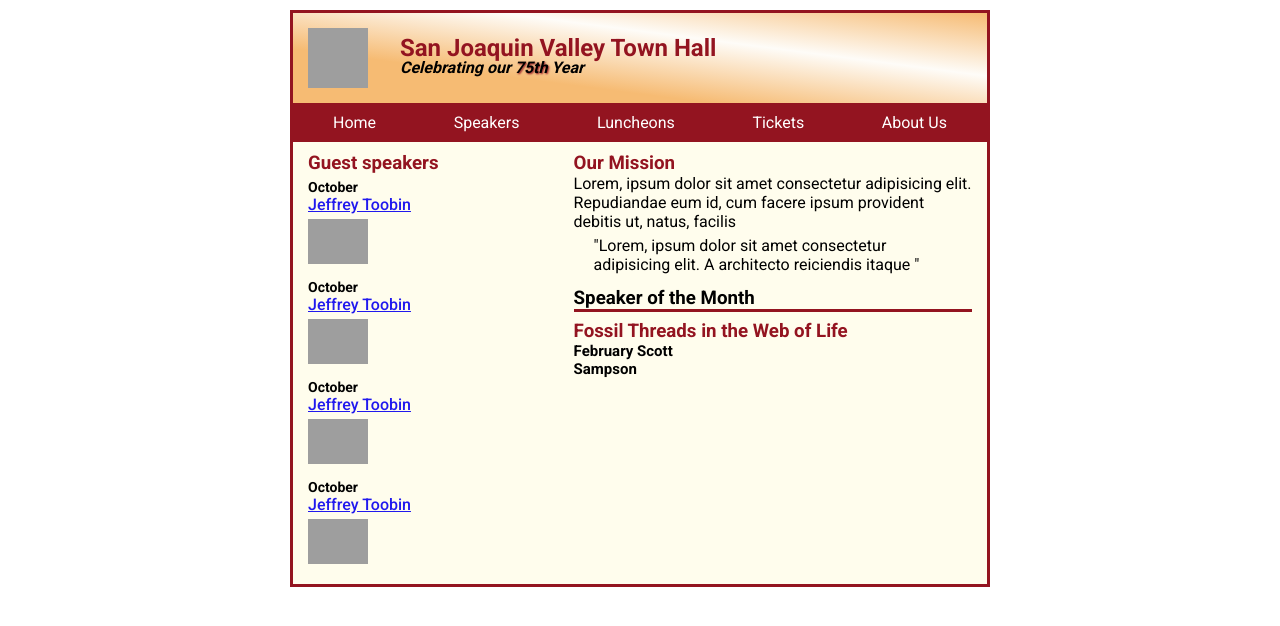
Repository: Mannj-nef/ex-5-6-7-8_IvVettech
Page: index.html
These files come from the project's save history. The page is drawn as it stood at one moment and after the next save; the edit follows.
The browser window is 1280 px wide. The pictures show the whole page.
Pictures or frames that could not be fetched are drawn as grey boxes.

Above is the page before, as saved 2022-03-24 22:34:43.

### index.html
<!DOCTYPE html>
<html lang="en">
  <head>
    <meta charset="UTF-8" />
    <meta http-equiv="X-UA-Compatible" content="IE=edge" />
    <meta name="viewport" content="width=device-width, initial-scale=1.0" />
    <link rel="stylesheet" href="./Asset/style.css" />
    <link rel="preconnect" href="https://fonts.googleapis.com" />
    <link rel="preconnect" href="https://fonts.gstatic.com" crossorigin />
    <link
      href="https://fonts.googleapis.com/css2?family=Roboto:wght@300;400;500;700&display=swap"
      rel="stylesheet"
    />
    <title>Exercise5-6</title>
    <link
      rel="shortcut icon"
      href="https://iviettech.vn/wp-content/themes/viettech/img/front/favicon.ico"
      type="image/x-icon"
    />
  </head>
  <body>
    <div id="app">
      <header id="header">
        <div class="header-top">
          <div class="header-image__wrapper">
            <img
              src="https://source.unsplash.com/random"
              alt=""
              class="header-image"
            />
          </div>
          <div class="header-main">
            <h2 class="header-main__title">San Joaquin Valley Town Hall</h2>
            <p class="header-main__decs">
              Celebrating our
              <span class="header-main__decs-b"
                >75 <span class="header-main__decs-c">th</span>
              </span>
              Year
            </p>
          </div>
        </div>
        <div class="header-nav">
          <ul class="header-nav__list">
            <li class="header-nav__item">
              <a href="" class="header-nav__link">Home</a>
            </li>
            <li class="header-nav__item">
              <a href="" class="header-nav__link">Speakers</a>
            </li>
            <li class="header-nav__item">
              <a href="" class="header-nav__link">Luncheons</a>
            </li>
            <li class="header-nav__item">
              <a href="" class="header-nav__link">Tickets</a>
            </li>
            <li class="header-nav__item">
              <a href="" class="header-nav__link">About Us</a>
            </li>
          </ul>
        </div>
      </header>
      <section id="content">
        <div class="content-left">
          <h3 class="content-title">Guest speakers</h3>

          <div class="content-left__member">
            <p class="content__member-month">October</p>
            <a href="" class="content-left__member-link">Jeffrey Toobin</a>
            <div class="content-left__member-avata-wrapper">
              <img
                src="https://source.unsplash.com/random"
                alt=""
                class="content-left__member-avata"
              />
            </div>
          </div>
          <div class="content-left__member">
            <p class="content__member-month">October</p>
            <a href="" class="content-left__member-link">Jeffrey Toobin</a>
            <div class="content-left__member-avata-wrapper">
              <img
                src="https://source.unsplash.com/random"
                alt=""
                class="content-left__member-avata"
              />
            </div>
          </div>
          <div class="content-left__member">
            <p class="content__member-month">October</p>
            <a href="" class="content-left__member-link">Jeffrey Toobin</a>
            <div class="content-left__member-avata-wrapper">
              <img
                src="https://source.unsplash.com/random"
                alt=""
                class="content-left__member-avata"
              />
            </div>
          </div>
          <div class="content-left__member">
            <p class="content__member-month">October</p>
            <a href="" class="content-left__member-link">Jeffrey Toobin</a>
            <div class="content-left__member-avata-wrapper">
              <img
                src="https://source.unsplash.com/random"
                alt=""
                class="content-left__member-avata"
              />
            </div>
          </div>
        </div>
        <div class="constent-right">
          <div class="constent-right__top">
            <h3 class="content-title">Our Mission</h3>
            <p class="constent-right__desc">
              Lorem, ipsum dolor sit amet consectetur adipisicing elit.
              Repudiandae eum id, cum facere ipsum provident debitis ut, natus,
              facilis
            </p>
            <p class="constent-right__desc-sub">
              "Lorem, ipsum dolor sit amet consectetur adipisicing elit. A
              architecto reiciendis itaque "
            </p>
            <h3 class="constent-right-title">Speaker of the Month</h3>
          </div>
          <div class="constent-right__center">
            <h3 class="content-title">Fossil Threads in the Web of Life</h3>
            <div class="constent-right__center-right">
              <h3 class="constent-right__center-right center-right_title">
                February Scott Sampson
              </h3>
            </div>
          </div>
        </div>
      </section>
    </div>
  </body>
</html>

### Asset/style.css
* {
  margin: 0;
  padding: 0;
  box-sizing: border-box;
}
html {
  font-family: "Roboto", sans-serif;
}
:root {
  --prymary-color: #931420;
  --white-color: #fff;
  --yellow-color: #ebc700;
  --blue-color: #2119ee;
  --size: 60px;
}

#app {
  margin: 10px auto;
  width: 700px;
  border: 3px solid var(--prymary-color);
}

#header {
}
.header-top {
  padding: 15px;
  display: flex;
  align-items: center;
  background-image: linear-gradient(
    to right top,
    #f6bb73 30%,
    #fefcf8,
    #f6bb73
  );
}
.header-image__wrapper {
  width: var(--size);
  height: var(--size);
  margin-right: 2em;
}
.header-image {
  width: 100%;
  height: 100%;
  object-fit: cover;
}
.header-main {
  line-height: 20px;
}
.header-main__title {
  color: var(--prymary-color);
}
.header-main__decs {
  color: #000;
  font-weight: 600;
  font-style: italic;
}
.header-main__decs-b {
  display: inline-flex;
  text-shadow: 1px 1px 2px var(--prymary-color);
}
.header-nav {
  background-color: var(--prymary-color);
}
.header-nav__list {
  list-style: none;
  display: flex;
  justify-content: space-between;
  padding: 0 20px;
}
.header-nav__item {
  padding: 10px 20px;
}
.header-nav__link {
  font-weight: 400;
  text-decoration: none;
  color: var(--white-color);
}
.header-nav__item:hover .header-nav__link {
  color: var(--yellow-color);
}

#content {
  background-color: #fffded;
  padding: 10px 15px;
  display: flex;
}

.content-left {
  width: 40%;
}
.content-title {
  color: var(--prymary-color);
}
.content-left__member {
}
.content__member-month {
  margin-top: 5px;
  font-size: 14px;
  font-weight: 600;
}
.content-left__member-link {
  font-weight: 500;
  color: var(--blue-color);
}
.content-left__member-avata-wrapper {
  width: var(--size);
  height: var(--size);
  display: flex;
  padding-top: 5px;
  padding-bottom: 10px;
}
.content-left__member-avata {
  width: 100%;
  height: 100%;
}
.constent-right {
  width: 60%;
}
.constent-right__desc-sub {
  padding: 5px 20px;
}
.constent-right-title {
  margin: 8px 0;
  font-weight: 600;
  color: #000;
  border-bottom: 3px solid var(--prymary-color);
}

.constent-right__center-right {
  width: 50%;
}
.center-right_title {
  font-size: 15px;
}

After the next save:
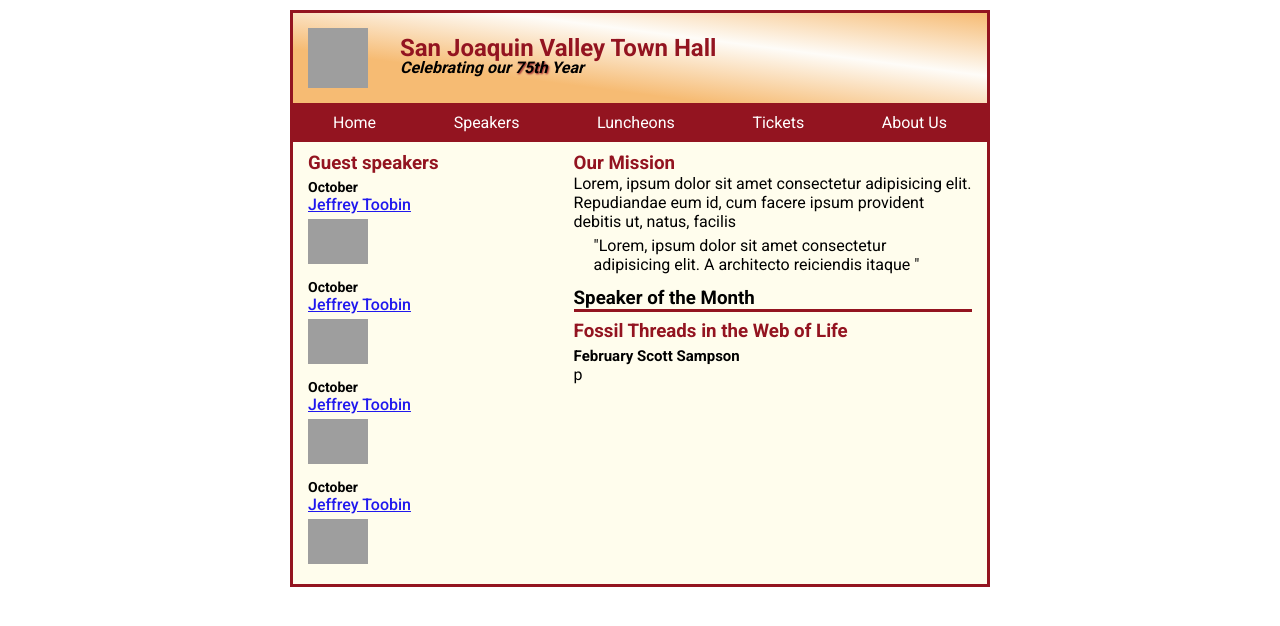
Saved 58 s later.
--- a/index.html
+++ b/index.html
@@ -126,9 +126,10 @@
           <div class="constent-right__center">
             <h3 class="content-title">Fossil Threads in the Web of Life</h3>
             <div class="constent-right__center-right">
-              <h3 class="constent-right__center-right center-right_title">
+              <h3 class="content__member-month center-right_title">
                 February Scott Sampson
               </h3>
+              p
             </div>
           </div>
         </div>
